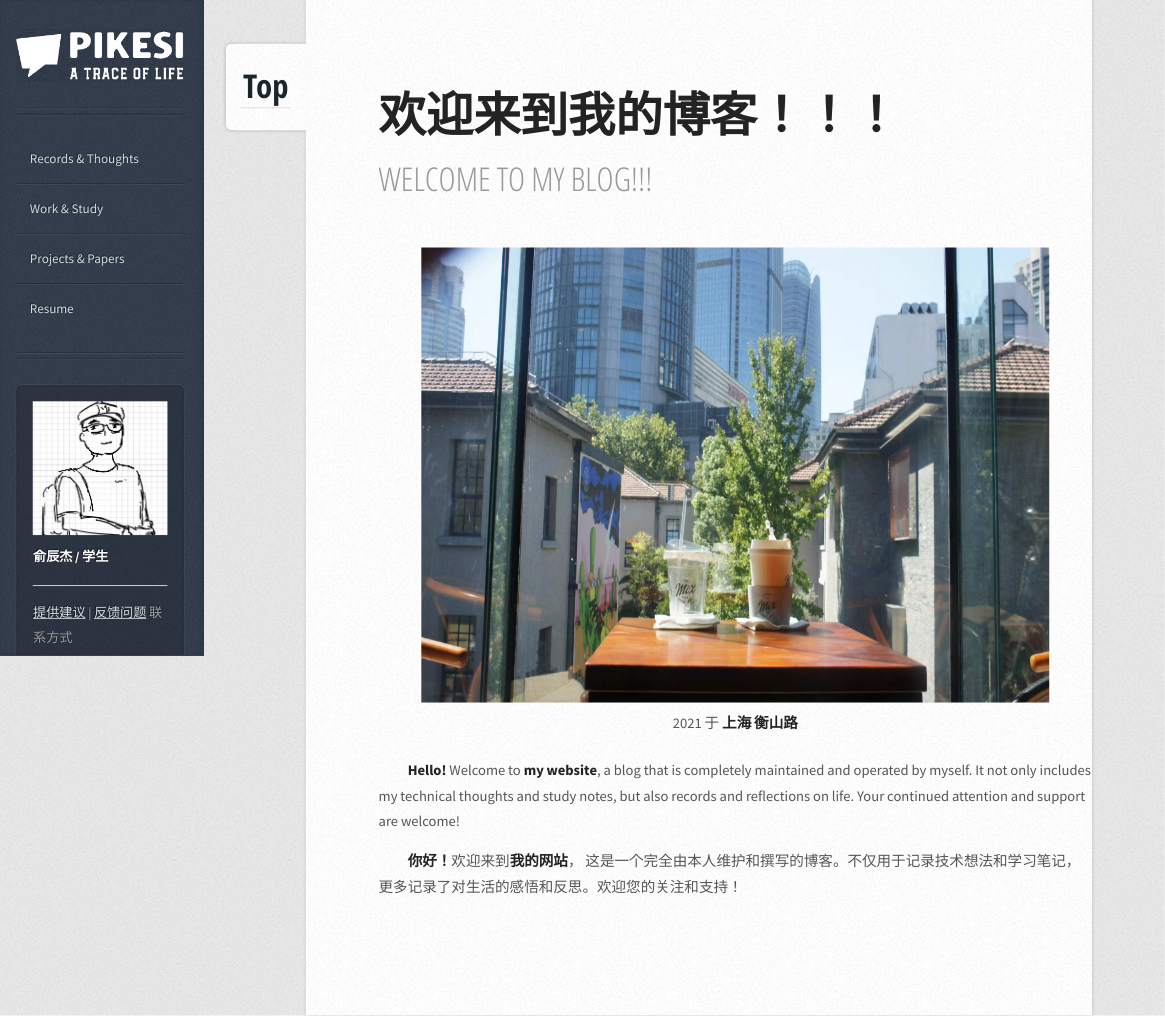
Repository: PiKesi522/PiKesi522.github.io
Page: index.html
The author's editor kept a copy of each file at every save. The page is drawn from the files as they stood at one save, then again after the next save.
The browser window is 1280 px wide. The pictures show the whole page, at 91% of full size.

Above is the page before, as saved 2023-04-11 14:35:28.

### index.html
<!DOCTYPE HTML>
<!--
	Striped by HTML5 UP
	html5up.net | @ajlkn
	Free for personal and commercial use under the CCA 3.0 license (html5up.net/license)
-->
<html>

<head>
	<title>PiKesi's Home on the Internet</title>
	<meta charset="utf-8" />
	<meta name="viewport" content="width=device-width, initial-scale=1, user-scalable=no" />
	<link rel="stylesheet" href="assets/css/main.css" />
</head>

<body class="is-preload">

	<!-- Content -->
	<div id="content">
		<div class="inner">

			<!-- 我的第一个博客 -->
			<article class="box post post-excerpt">
				<header>
					<!--
						Note: Titles and subtitles will wrap automatically when necessary, so don't worry
						if they get too long. You can also remove the <p> entirely if you don't
						need a subtitle.
								-->
					<h2>欢迎来到我的博客！！！</h2>
					<p>WELCOME TO MY BLOG!!!</p>
				</header>
				<div class="info">
					<!--
									Note: The date should be formatted exactly as it's shown below. In particular, the
									"least significant" characters of the month should be encapsulated in a <span>
									element to denote what gets dropped in 1200px mode (eg. the "uary" in "January").
									Oh, and if you don't need a date for a particular page or post you can simply delete
									the entire "date" element.

								-->
					<span class="date">
						<span class="day">Top</span>
					</span>

				</div>
				<a class="image featured">
					<img width="1000px" height="500px" src="markdown/MainPage/head.jpg" alt="" />
				</a>
				<div style="text-align: center; margin: 0 0 1.5em 0;">2021 于 <strong>上海 衡山路</strong></div>
				<div style=" text-indent:2em">
					<strong>Hello!</strong> Welcome to <strong> my website</strong>,
					a blog that is completely maintained and operated by myself.
					It not only includes my technical thoughts and study notes,
					but also records and reflections on life.
					Your continued attention and support are welcome!
					<br>
				</div>
				<div style=" text-indent:2em; margin-top: 1em;">
					<strong>你好！</strong>欢迎来到<strong>我的网站</strong>，
					这是一个完全由本人维护和撰写的博客。不仅用于记录技术想法和学习笔记，
					更多记录了对生活的感悟和反思。欢迎您的关注和支持！
					<br>
				</div>
			</article>
		</div>
	</div>

	<!-- Sidebar -->
	<div id="sidebar">

		<!-- Logo -->
		<h1 id="logo">
			<a href="index.html">
				<img style="width: 100%;" src="assets/images/head1.png" alt="Logo">
				<!-- <div style="margin: 0.5em 0 0 0;">
					PiKesi
				</div> -->
			</a>
		</h1>


		<!-- Nav -->
		<nav id="nav">
			<ul>
				<li><a href="life.html">Records & Thoughts</a></li>
				<li><a href="note.html">Work & Study</a></li>
				<li><a href="projects.html">Projects & Papers</a></li>
				<li><a href="resume.html">Resume</a></li>
				<!-- <li><a href="#">Contact Me</a></li> -->
			</ul>
		</nav>

		<!-- Text -->
		<section class="box text-style1">
			<div class="inner">
				<p>
					<img style="width: 100%;" src="assets/images/icon1.jpg" alt="Logo">
					<strong> 俞辰杰 / 学生  </strong>
					<hr>
					<a href="https://github.com/PiKesi522/PiKesi522.github.io/issues">提供建议</a> |
					<a href="https://github.com/PiKesi522/PiKesi522.github.io/issues">反馈问题</a>
					联系方式
					<br />
					QQ : 860083450
					<br />
					WX : PiKesi22
				</p>
			</div>
		</section>
	</div>

	<!-- Scripts -->
	<script src="assets/js/jquery.min.js"></script>
	<script src="assets/js/browser.min.js"></script>
	<script src="assets/js/breakpoints.min.js"></script>
	<script src="assets/js/util.js"></script>
	<script src="assets/js/main.js"></script>

</body>

</html>

Loaded but not shown: assets/js/jquery.min.js (library); assets/css/fontawesome-all.min.css (library); assets/js/browser.min.js (common file); assets/js/breakpoints.min.js (common file); assets/js/util.js (587 lines, source omitted); assets/css/main.css (3019 lines, source omitted); public/assets/js/main.js (no copy from this time; the picture is the same without it)

After the next save:
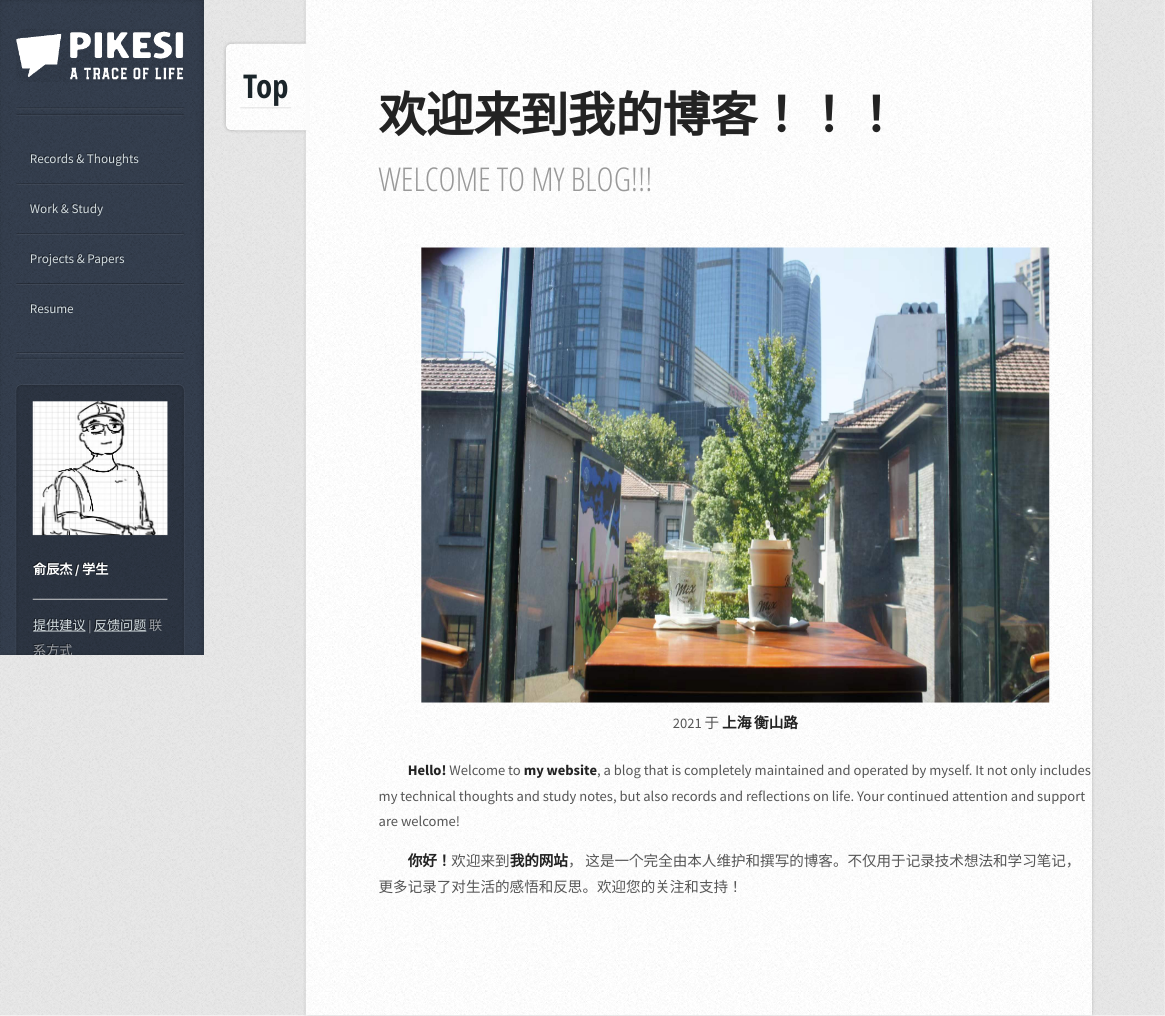
Saved 23 s later.
--- a/index.html
+++ b/index.html
@@ -96,7 +96,7 @@
 			<div class="inner">
 				<p>
 					<img style="width: 100%;" src="assets/images/icon1.jpg" alt="Logo">
-					<strong> 俞辰杰 / 学生  </strong>
+					<strong><h1> 俞辰杰 / 学生  </h1></strong>
 					<hr>
 					<a href="https://github.com/PiKesi522/PiKesi522.github.io/issues">提供建议</a> |
 					<a href="https://github.com/PiKesi522/PiKesi522.github.io/issues">反馈问题</a>
